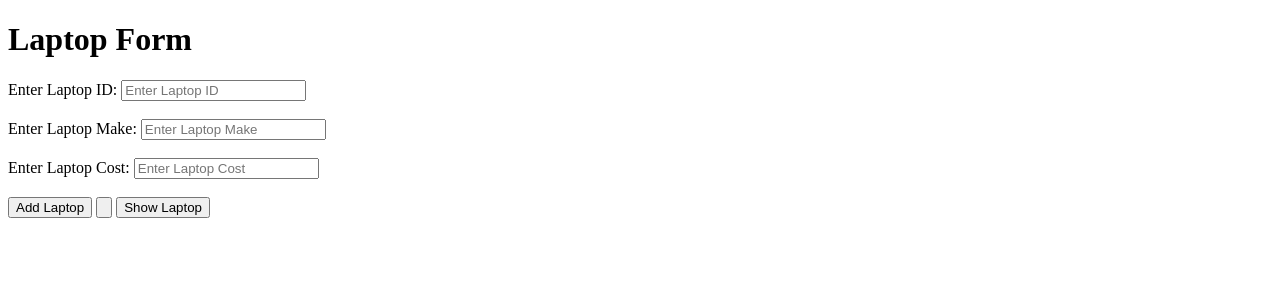
Repository: satvikagrasani/Spring-WorkSpace
Page: SpringMVC/WebAppDemo/AssignmentApp/src/main/webapp/index.html
An editor plug-in stored every save of this project. The page is shown before and after the next save, followed by the edit.
The browser window is 1280 px wide. The pictures show the whole page.

Above is the page before, as saved 2023-08-22 03:54:43.

After the next save:
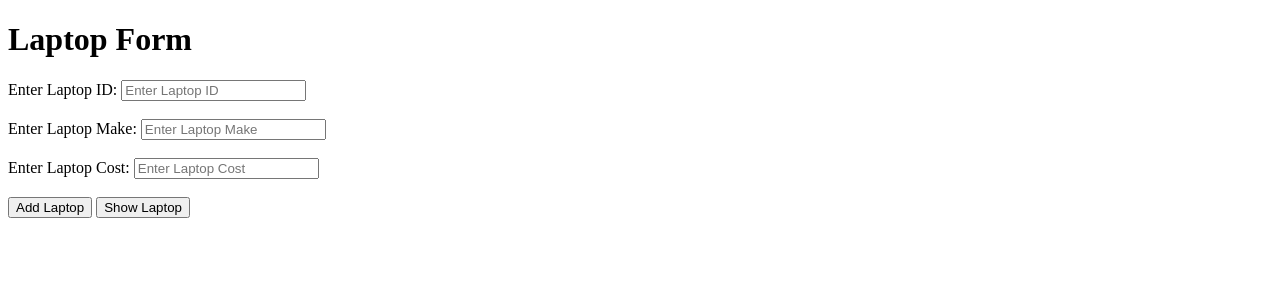
Saved 49 s later.
--- a/SpringMVC/WebAppDemo/AssignmentApp/src/main/webapp/index.html
+++ b/SpringMVC/WebAppDemo/AssignmentApp/src/main/webapp/index.html
@@ -12,8 +12,8 @@
 		Enter Laptop ID: <input type="number" name="ID" placeholder="Enter Laptop ID" /><br><br>
 		Enter Laptop Make: <input type="text" name="Make" placeholder="Enter Laptop Make"/><br><br>
 		Enter Laptop Cost: <input type="number" name="Cost" placeholder="Enter Laptop Cost"/><br><br>
-		<button onclick="window.location.href = 'add'">Add Laptop</button>
-		<input type="submit" value=""/>
+		<button type="submit" typeonclick="window.location.href = 'add'">Add Laptop</button>
+
 		<input type="button" value="Show Laptop"/>
 	</form>
 </body>
